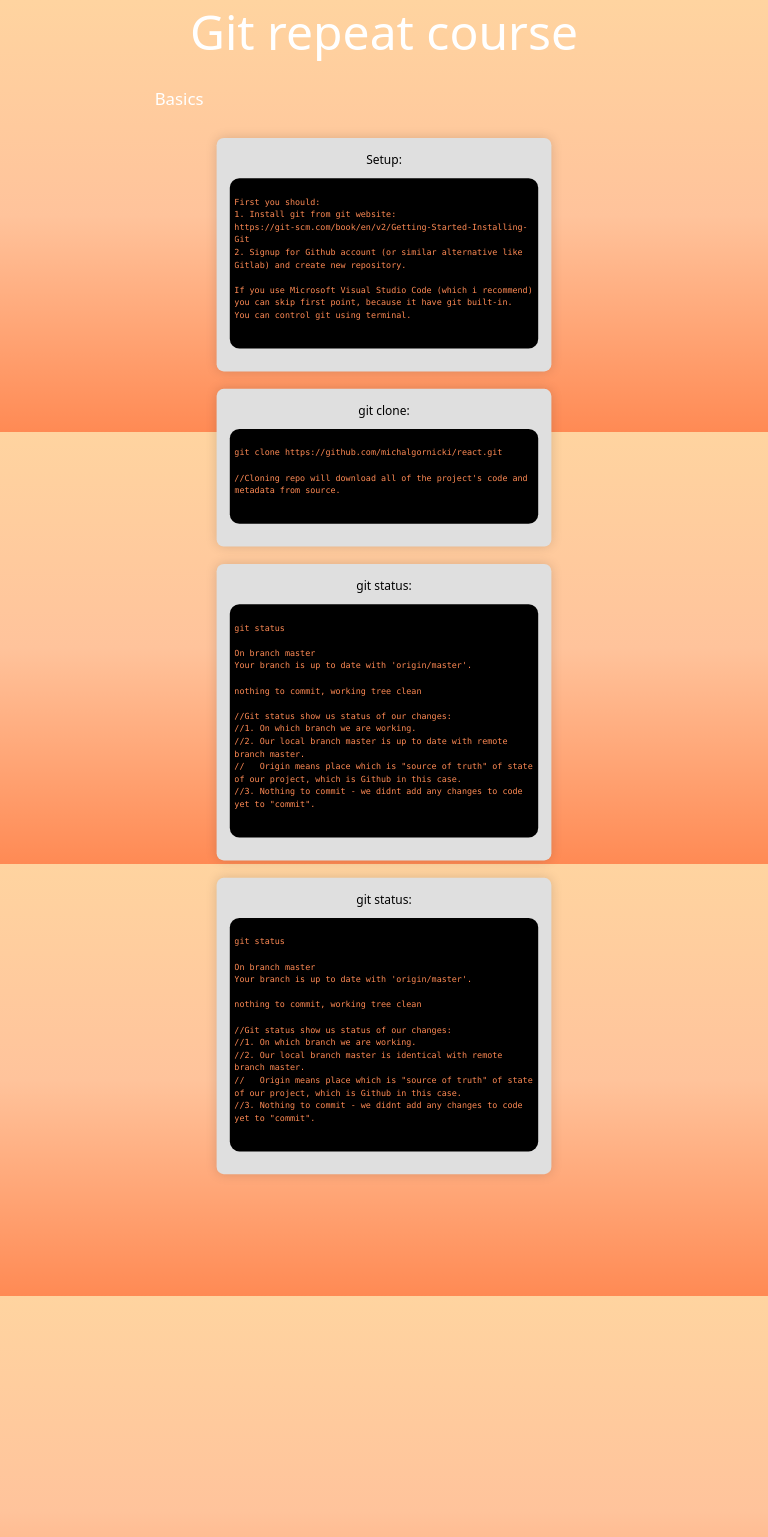
Repository: michalgornicki/git
Page: /
An editor plug-in stored every save of this project. The page is shown before and after a run of saves, followed by the edit.
The browser window is 1280 px wide. The pictures show the whole page, at 60% of full size.
Backgrounds fixed to the window are drawn as part of the page. The project was rebuilt for these pictures with package versions that can differ from the ones it lists, and the page was loaded fresh each time. Imported but missing from the stored project, and not drawn on this page: src/components/DOM manipulation.jsx, src/components/async.jsx, src/components/loops.jsx, src/components/numbers.jsx, src/components/variables.jsx, src/components/window.jsx.

Above is the page before, as saved 2022-02-10 08:12:09.

After the next 2 saves:
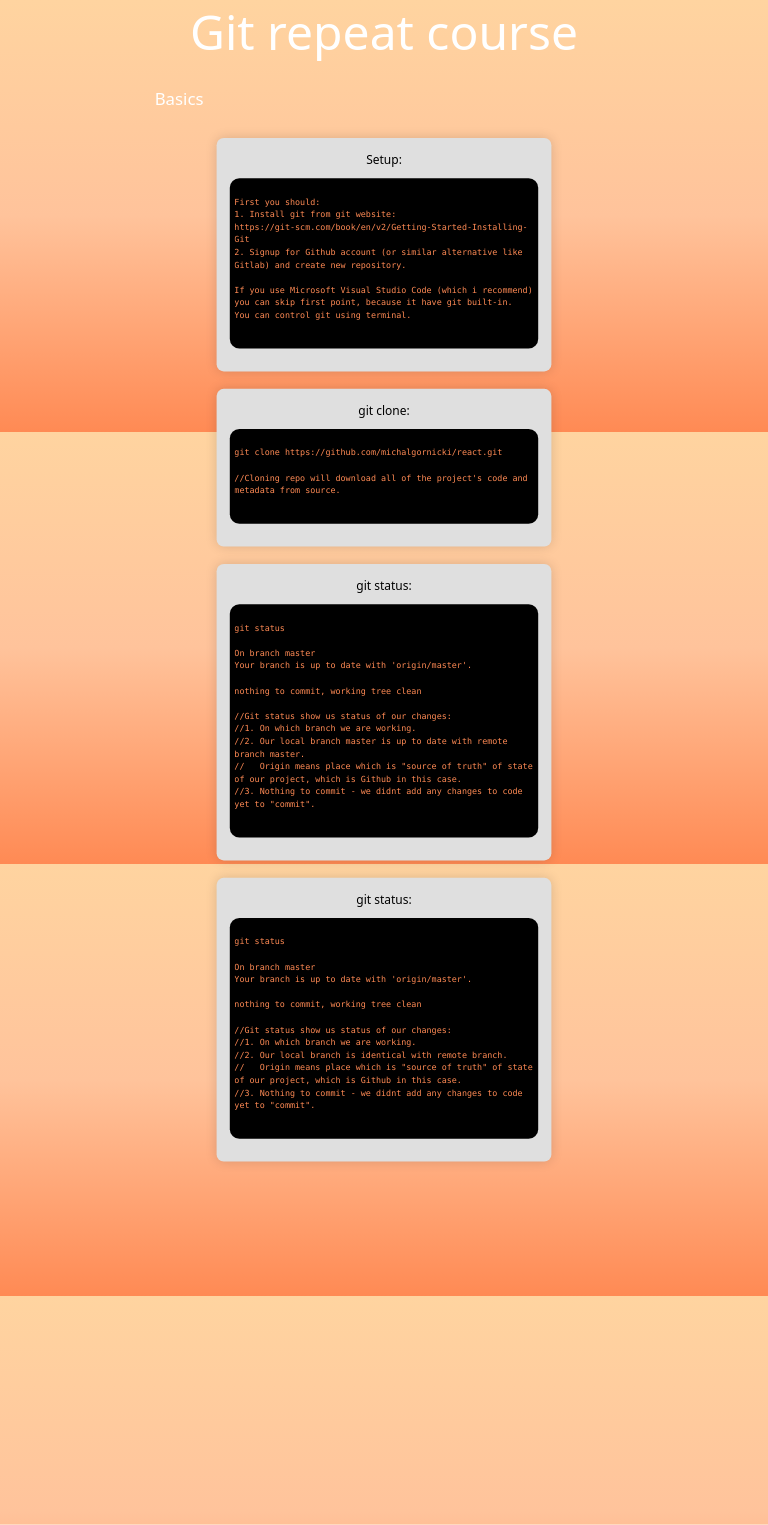
The 2 saves are shown as one change because they came seconds apart.
The last was saved 13 s later.
--- a/src/components/arrays.jsx
+++ b/src/components/arrays.jsx
@@ -63,7 +63,7 @@ nothing to commit, working tree clean
 
 //Git status show us status of our changes:
 //1. On which branch we are working.
-//2. Our local branch master is identical with remote branch master.
+//2. Our local branch is identical with remote branch.
 //   Origin means place which is "source of truth" of state of our project, which is Github in this case.
 //3. Nothing to commit - we didnt add any changes to code yet to "commit".
           `}</pre>
